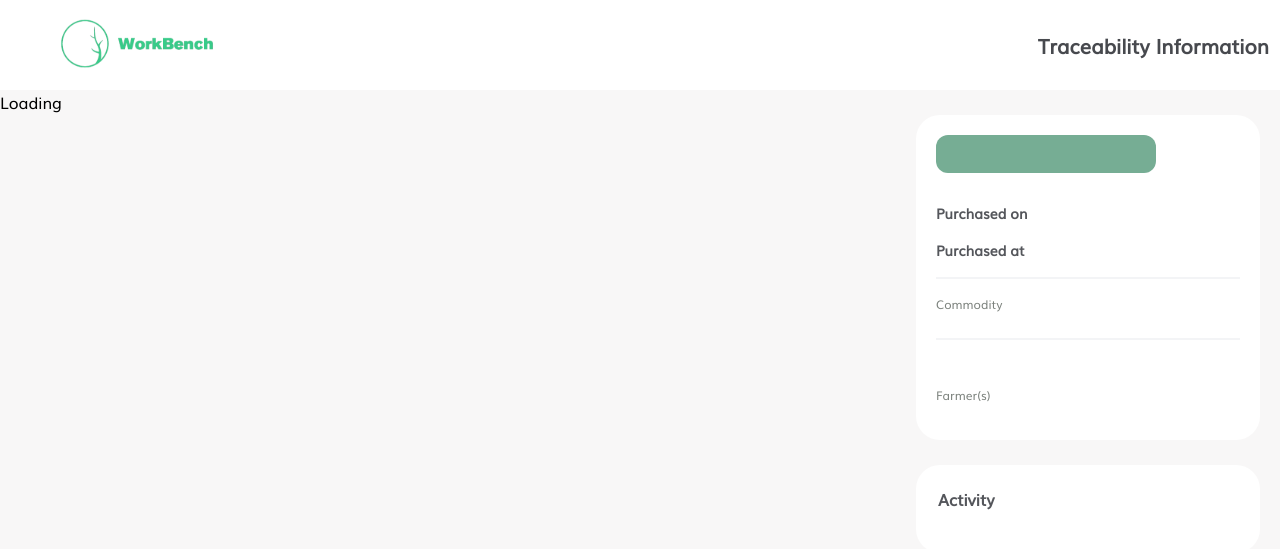
Repository: Hamezry/Traceability-Page
Page: /
The author's editor kept a copy of each file at every save. The page is drawn from the files as they stood at one save, then again after the next save.
The browser window is 1280 px wide. The pictures show the whole page.
The page's requests for data from a server got no answer. The project was rebuilt for these pictures with package versions that can differ from the ones it lists, and the page was loaded fresh each time. No one was signed in, and anything a server would have sent is missing.

Above is the page before, as saved 2022-09-18 09:09:51.

### public/index.html
<!DOCTYPE html>
<html lang="en">
  <head>
    <meta charset="utf-8" />
    <meta name="viewport" content="width=device-width, initial-scale=1" />
    <meta name="theme-color" content="#000000" />
    <meta
      name="description"
      content="Web site created using create-react-app"
    />
    <link rel="preconnect" href="https://fonts.googleapis.com">
    <link rel="preconnect" href="https://fonts.gstatic.com" crossorigin>
    <!-- <link href="https://fonts.googleapis.com/css2?family=Mulish:wght@300;400;600&display=swap" rel="stylesheet"> -->
    <title>Traceability page</title>
  </head>
  <body>
    <noscript>You need to enable JavaScript to run this app.</noscript>
    <div id="root"></div>

  </body>
</html>

### src/index.css
@tailwind base;
@tailwind components;
@tailwind utilities;

@font-face {
    font-family: 'Muli';
    src: local('Muli'), url("./fonts/Muli-Regular.ttf") format("truetype");
}


@font-face {
    font-family: 'Muli';
    src: url('./fonts/Muli-Regular.ttf') format("truetype");
}

body {
    font-family: 'Muli' !important;
}

### src/App.js
import './index.css';
import Navbar from './components/Navbar';
import Information from './components/Information';
import Sidemap from './components/Sidemap';
import { BrowserRouter, Route, Routes } from 'react-router-dom';

function App() {
  return (
    <BrowserRouter>

      <Routes>

          <Route path='/' element={
            <div>
              <Navbar />
              <div className="lg:flex lg:justify-between w-full  lg:h-[calc(100vh-90px)] lg:overflow-y-hidden bg-[#f8f7f7]">
                <Sidemap />
                <Information />
              </div>

            </div>

          } />

      </Routes>
    </BrowserRouter>
  );
}

export default App;

### src/components/Navbar.js
import React from 'react'
import logo from '../Assets/logo.svg'

const Navbar = () => {
  return (
    <div className='w-full flex  lg:gap-[800px] h-[90px] bg-white sticky font-muli  z-30  top-0 lg:items-center'>

        <img src= {logo} alt='nav-icon' className='h-[80px] w-[188px] lg:ml-[50px]'/>
        <p className='hidden lg:block text-[#47494E] font-semibold  text-[20px]'>Traceability Information</p>

    </div>
  )
}

export default Navbar

### src/components/Information.js
import React, { useEffect, useState } from 'react'
import image1 from '../Assets/image-2.png'
import purchased from '../Assets/purchase.svg'
import axios from 'axios'
import { useLocation } from 'react-router-dom'



function Information() {

    const [list, setList] = useState([])
    const search = useLocation().search;
    const qr_code = new URLSearchParams(search).get('qr_code')

    useEffect(() => {
        axios.get(`https://wb3test.afexnigeria.com/WB3/api/v1/traceability/info/${qr_code}`)
            .then(res => {
                setList(res.data.data)
                console.log(res.data)
            }).catch(err => {
                console.log(err)
            })
    }, [qr_code])


    return (
        <div className='lg:h-full  lg:w-[30%] font-muli lg:overflow-y-auto'>

            <div id="TQC" className=" z-10  top-0 flex lg:flex  flex-col px-[20px]">

                <div className="flex-1 flex bg-white lg:w-[100%] lg:mx-auto lg:mt-[25px] flex-col h-[556px] p-[20px] rounded-3xl">

                    {/*TQC */}
                    <div className='mb-4 border-b-2 border-b-gray-100 '>
                        <div className='bg-[#76AD94] text-white text-center py-2 font-semibold text-[16px] max-w-[220px] h-[38px] mb-[30px] rounded-xl'> <p>{list.qr_code}</p></div>
                        <p className='text-[#54565B] text-[14px] mb-4 font-semibold'>Purchased on <span className='font-normal'>{list.purchased_on}</span></p>
                        <p className=' text-[#54565B] text-[14px] mb-4 font-semibold'>Purchased at <span className='font-normal'>{list.purchased_at}</span></p>

                    </div>

                    <div className='mb-4 border-b-2  border-b-gray-100 '>
                        <p className='text-[#7C827D] text-[12px] mb-[25px] '>Commodity</p>
                        <p className='text-[#47494E] text-[14px] mb-4 font-medium '>{list.commodity}</p>

                    </div>

                    <div className='mt-[30px] mb-4'>

                        <p className='text-[#7C827D] text-[12px]'>Farmer(s)</p>

                        {
                            list?.farmers?.map((item, index) => {
                                return (
                                    <div key={index} className='w-[232px] h-[71px] shadow p-3 flex items-center mt-[20px] rounded-xl'>
                                        <img src={image1} alt='profilepic' />
                                        <p className='text-[#47494E] text-[16px] ml-5  font-medium '>{item.first_name} {item.last_name}<br /> <span className='text-[#707673] text-[12px]'>{item.age} years &nbsp; | &nbsp;  {item.gender}</span></p>
                                    </div>
                                )
                            })
                        }



                    </div>


                </div>



            </div>




            <div id="Activity" className=" top-0 flex lg:flex flex-shrink-0 flex-col px-[20px]">

                <div className="flex-1 flex bg-white lg:w-[100%] lg:mx-auto mt-[25px] mb-5 flex-col  h-[900px] p-[22px] rounded-3xl ">

                    <p className='text-[#54565B] mb-5 font-semibold text-[16px]'>Activity</p>

                    {list?.activities?.map((item, index) =>

                        <div key={index} className='flex justify-between stroke-amber-50 text-[#7C827D] 2xl:px-5 lg:px-0 text-[11px]'>

                            <div className='flex gap-2 xl:gap-2 md:gap-8'>

                                <div className='flex flex-col items-center'>
                                    <img src={purchased} alt='recp' />
                                    <div className='border border-dotted border-[#7C827D] min-h-[100px] max-h-[120px] w-[1px]'></div>

                                </div>
                                <div className='flex flex-col lg:w-[160px] md:w-[270px] w-[130px]' >
                                    <p className='font-semibold mt-2 lg:text-[13px]'>{item.action} </p>
                                    <span className='text-[#7C827D] text-[9px] mt-2 lg:text-[11px]'>{item.description}</span>
                                </div>



                            </div>
                            <p className='text-[#76AD94] text-[9px] mt-2 xl:text-[10px]'> <span>{item.created}</span> </p>

                        </div>
                    )}






                </div>





            </div>


        </div>);
}

export default Information

### src/components/Sidemap.js
import React from 'react'
import {useJsApiLoader, GoogleMap, Marker} from '@react-google-maps/api';

const center = {lat:48.8584, lng:2.294}

function Sidemap() {

  const { isLoaded } = useJsApiLoader({
    googleMapsApiKey:process.env.REACT_APP_GOOGLE_MAPS_API_KEY,
  });

  if (!isLoaded){
    return <h1>Loading</h1>
  }
  return (

    <div class= "h-[600px] w-full lg:h-[calc(100vh-90px)] lg:w-[70%]">

      <div className='hidden lg:block p-4 lg:p-0 lg:w-full h-[100%]'>
          <GoogleMap
          mapContainerStyle={{width:'100%', height:'100%'}}
          center={center} zoom={15}
          options={{
            zoomControl:false,
            streetViewControl:false,
            mapTypeControl:false,
            fullscreenControl:false,
          }}
          >
            <Marker position={center}/>

          </GoogleMap>
      </div>

      <div className='lg:hidden p-4 lg:p-0 lg:w-full h-[100%]'>
          <GoogleMap
          mapContainerStyle={{width:'100%', height:'100%', borderRadius:'50px'}}
          center={center} zoom={15}
          options={{
            zoomControl:false,
            streetViewControl:false,
            mapTypeControl:false,
            fullscreenControl:false,
          }}
          >
            <Marker position={center}/>

          </GoogleMap>
      </div>


    </div>

  )
}

export default Sidemap

### tailwind.config.js

/** @type {import('tailwindcss').Config} */
module.exports = {
  content: [
    "./src/**/*.{js,jsx,ts,tsx}",
  ],
  theme: {
    extend: {
      fontFamily:{
        'Muli':['Muli', 'san-serif']
      }
    },
  },
  plugins: [],
}

Loaded but not shown: src/index.js (common file)

After the next save:
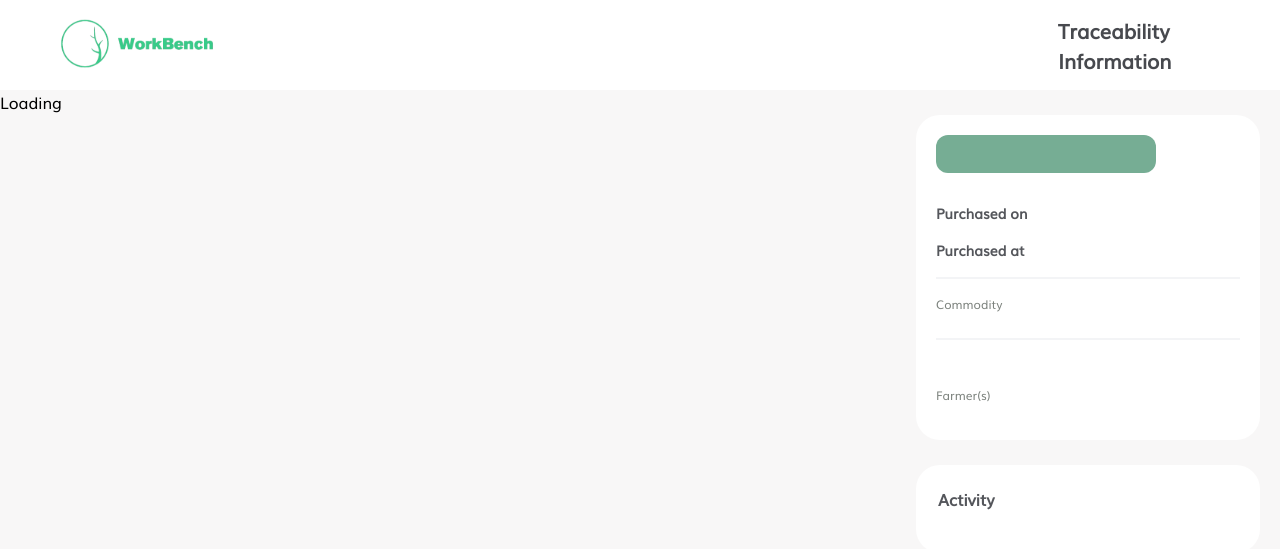
Saved 39 s later.
--- a/src/components/Navbar.js
+++ b/src/components/Navbar.js
@@ -3,7 +3,7 @@ import logo from '../Assets/logo.svg'
 
 const Navbar = () => {
   return (
-    <div className='w-full flex  lg:gap-[800px] h-[90px] bg-white sticky font-muli  z-30  top-0 lg:items-center'>
+    <div className='w-full flex  lg:gap-[820px] h-[90px] bg-white sticky font-muli  z-30  top-0 lg:items-center'>
 
         <img src= {logo} alt='nav-icon' className='h-[80px] w-[188px] lg:ml-[50px]'/>
         <p className='hidden lg:block text-[#47494E] font-semibold  text-[20px]'>Traceability Information</p>
